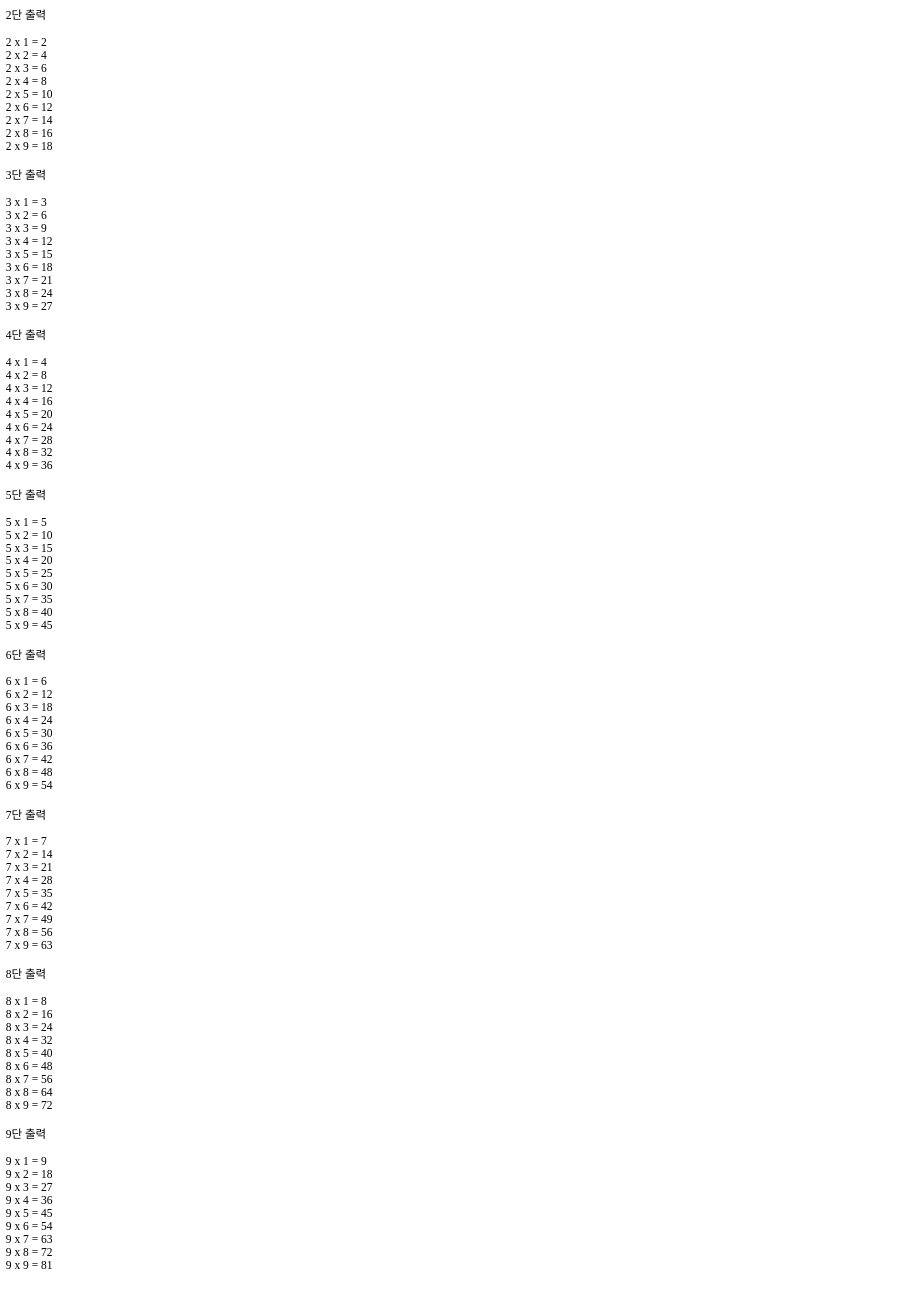
Repository: carnelli95/workspace_JSP
Page: http://localhost/MustHaveJSP/Mission/Gugudan3.jsp
These files come from the project's save history. The page is drawn as it stood at one moment and after the next save; the edit follows.
The browser window is 1280 px wide. The pictures show the whole page, at 72% of full size.
The page is served by Tomcat 9. Other server files are loaded and not shown.

Above is the page before, as saved 2025-09-22 08:47:02.

### MustHaveJSP/src/main/webapp/Mission/Gugudan3.jsp
<%@ page language="java" contentType="text/html; charset=UTF-8"
    pageEncoding="UTF-8"%>
<!DOCTYPE html>
<html>
<head>
<meta charset="UTF-8">
<title>Insert title here</title>
</head>
<body>
	<table>
<%
	for(int i = 2; i <= 9; i++) {

		out.println("<tr>" + i + "단 출력</tr><br><br>");
		for(int j = 1; j <= 9; j++) {
			out.print("<tr>" + i + " x " + j  + " = " + i * j + "</tr><br>");
		}
		out.print("<br>");
	}
%>
</table>
</body>
</html>

After the next save:
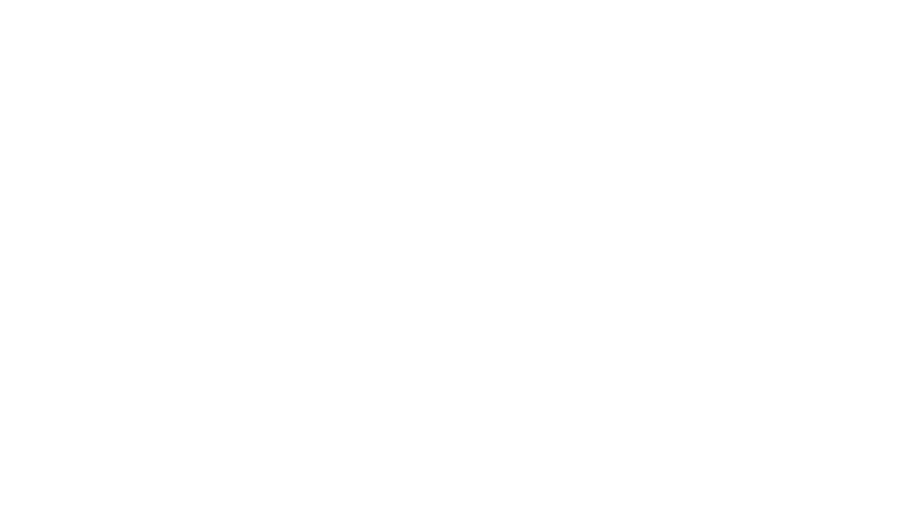
Saved 34 s later.
--- a/MustHaveJSP/src/main/webapp/Mission/Gugudan3.jsp
+++ b/MustHaveJSP/src/main/webapp/Mission/Gugudan3.jsp
@@ -8,7 +8,7 @@
 </head>
 <body>
 	<table>
-<%
+<%-- <%
 	for(int i = 2; i <= 9; i++) {
 
 		out.println("<tr>" + i + "단 출력</tr><br><br>");
@@ -17,7 +17,7 @@
 		}
 		out.print("<br>");
 	}
-%>
+%> --%>
 </table>
 </body>
 </html>

After the save that followed:
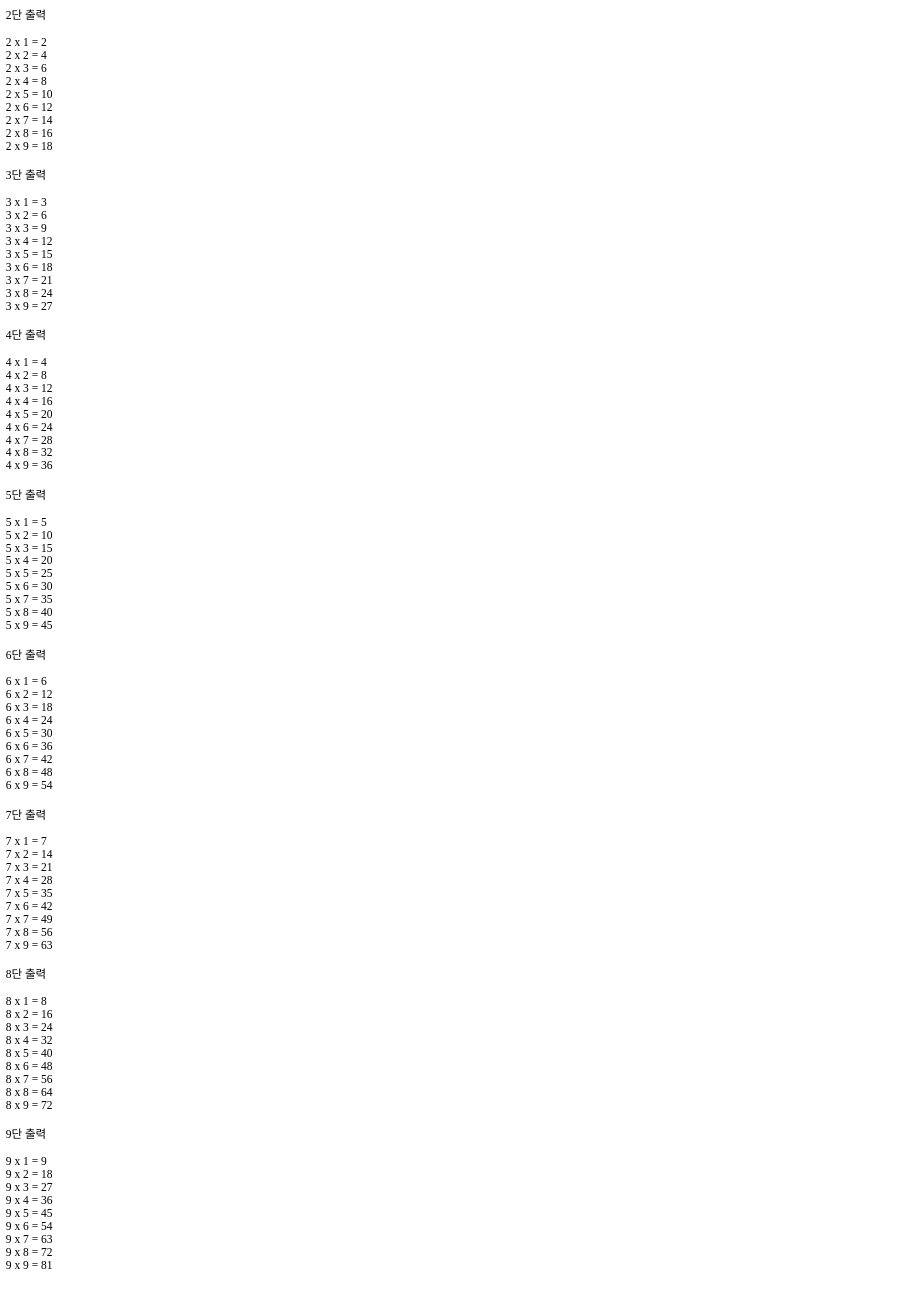
Saved 21 s later.
--- a/MustHaveJSP/src/main/webapp/Mission/Gugudan3.jsp
+++ b/MustHaveJSP/src/main/webapp/Mission/Gugudan3.jsp
@@ -7,8 +7,9 @@
 <title>Insert title here</title>
 </head>
 <body>
-	<table>
-<%-- <%
+
+<table>
+<%
 	for(int i = 2; i <= 9; i++) {
 
 		out.println("<tr>" + i + "단 출력</tr><br><br>");
@@ -17,7 +18,8 @@
 		}
 		out.print("<br>");
 	}
-%> --%>
+%>
 </table>
+
 </body>
 </html>
